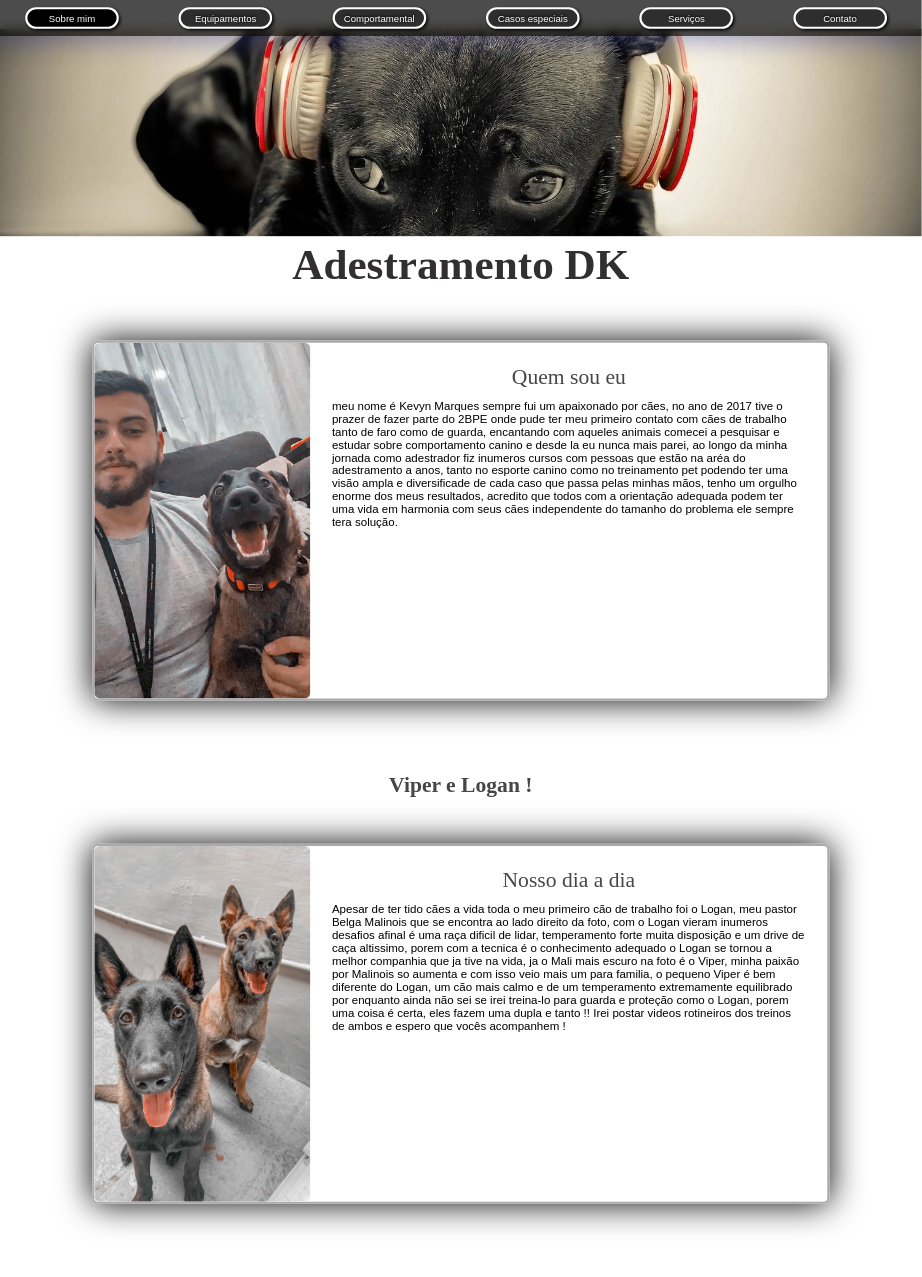
Repository: KevynMarques/Blog-React-StyledComponent
Page: /
An editor plug-in stored every save of this project. The page is shown before and after the next save, followed by the edit.
The browser window is 1280 px wide. The pictures show the whole page, at 72% of full size.
The project was rebuilt for these pictures with package versions that can differ from the ones it lists, and the page was loaded fresh each time. Also part of the build but not shown: src/Components/Equipamentos/index.jsx, src/Components/Comportamental/index.jsx, src/Components/Clientes/index.jsx, src/Components/Serviços/index.jsx, src/Components/Contato/index.jsx.

Above is the page before, as saved 2022-02-21 13:54:46.

### public/index.html
<!DOCTYPE html>
<html lang="pt-BR">
  <head>
    <meta charset="utf-8" />
    <link rel="icon" href="%PUBLIC_URL%/favicon.ico" />
    <meta name="viewport" content="width=device-width, initial-scale=1" />
    <meta name="theme-color" content="#000000" />
    <meta
      name="description"
      content="Web site created using create-react-app"
    />
    <link rel="apple-touch-icon" href="%PUBLIC_URL%/logo192.png" />
    <!--
      manifest.json provides metadata used when your web app is installed on a
      user's mobile device or desktop. See https://developers.google.com/web/fundamentals/web-app-manifest/
    -->
    <!--
      Notice the use of %PUBLIC_URL% in the tags above.
      It will be replaced with the URL of the `public` folder during the build.
      Only files inside the `public` folder can be referenced from the HTML.

      Unlike "/favicon.ico" or "favicon.ico", "%PUBLIC_URL%/favicon.ico" will
      work correctly both with client-side routing and a non-root public URL.
      Learn how to configure a non-root public URL by running `npm run build`.
    -->
    <title>Adestramento DK</title>
  </head>
  <body>
    <noscript>You need to enable JavaScript to run this app.</noscript>
    <div id="root"></div>
    <!--
      This HTML file is a template.
      If you open it directly in the browser, you will see an empty page.

      You can add webfonts, meta tags, or analytics to this file.
      The build step will place the bundled scripts into the <body> tag.

      To begin the development, run `npm start` or `yarn start`.
      To create a production bundle, use `npm run build` or `yarn build`.
    -->
  </body>
</html>

### src/App.jsx
import Home from './Pages/Home';
import Sobre from './Components/Sobre/index';
import { useState, useEffect } from 'react';
import { GlobalStyle } from './GlobalStyle';
import Geral from './Components/Geral/index';


function App() {

  const [geral, setGeral]=useState(<Sobre />);

  return (
    <>
    <Home setGeral={setGeral} geral={geral}  />
    <Geral geral={geral} />
    <GlobalStyle/>
   </>
  );
}

export default App;

### src/Pages/Home/index.jsx
import React, {useState} from "react"
import {  Home, Equip, Comportamental, MeusCaes, Serviços, Contato } from "../../Components/Buttons/Style"
import Equipamentos from "../../Components/Equipamentos/index"
import Sobre from '../../Components/Sobre/index'
import Comport  from '../../Components/Comportamental/index'
import Clientes from '../../Components/Clientes/index'
import Serv from "../../Components/Serviços"
import Cont from '../../Components/Contato/index'
import { ContainerHeader } from "../../Components/Containers/style"




export default (props) => {

  const [ativo, setAtivo] = useState(false)
  const [ativoEquip, setAtivoEquip] = useState(true)
  const [ativoComp, setComp] = useState(true)
  const [Casos, setCasos] = useState(true)
  const [serviços, setServiços] = useState(true)
  const [contato, setContato] = useState(true)


  return (
   <>
    <ContainerHeader>


       <Home
         setAtivo={setAtivo}
         ativo={ativo}
         onClick={()=>(props.setGeral(<Sobre />),
         setAtivo(false),
         setAtivoEquip(true),
         setComp(true),
         setCasos(true),
         setServiços(true)
         )}>
         <p>Sobre mim</p>
      </Home>



       <Equip
        ativoEquip={ativoEquip}
        setAtivoEquip={setAtivoEquip}
        onClick={()=>(props.setGeral(<Equipamentos />),
        setAtivo(true),
        setAtivoEquip(false),
        setComp(true),
        setCasos(true),
        setServiços(true)
        )}>
        <p>Equipamentos</p>
       </Equip>

       <Comportamental
          onClick={() =>(props.setGeral(<Comport />),
          setAtivo(true),
          setAtivoEquip(true),
          setComp(false),
          setCasos(true),
          setServiços(true))}

          setComp={setComp}
          ativoComp={ativoComp}>

         <p>Comportamental</p>
       </Comportamental>

       <MeusCaes
          onClick={() =>(props.setGeral(<Clientes />),
          setAtivo(true),
          setAtivoEquip(true),
          setComp(true),
          setCasos(false),
          setServiços(true))}
          setCasos={setCasos}
          Casos={Casos}>
         <p>Casos especiais</p>
       </MeusCaes>

       <Serviços onClick={() =>(props.setGeral(<Serv />),
        setAtivo(true),
        setAtivoEquip(true),
        setComp(true),
        setCasos(true),
        setServiços(false))}
        setServiços={setServiços}
        serviços={serviços}>
         <p>Serviços</p>
       </Serviços>

       <Contato onClick={() =>(props.setGeral(<Cont />),
        setAtivo(true),
        setAtivoEquip(true),
        setComp(true),
        setCasos(true),
        setServiços(true),
        setContato(false)
       )}
          setContato={setContato}
          contato={contato}>
         <p>Contato</p>
      </Contato>

    </ContainerHeader>
    </>
  );
}

### src/Components/Sobre/index.jsx
import Foto from '../Image/foto.png'
import LV from '../Image/LV.jpg';
import Dog from '../Image/Dog.png'
import { Tittle } from "../Textos&Titles/style";
import { ContainerBaner, ContainerBox, ContainerIMG } from "../Containers/style";
import { Info } from "../Textos&Titles/style";
import { SubTitle } from '../Textos&Titles/style';
import { TitleInfo } from '../Textos&Titles/style';


export default () => {
  return (
<>
     <ContainerBaner>
      <img src={Dog} />
     </ContainerBaner>

   <Tittle>
          Adestramento DK
  </Tittle>


  <ContainerBox>
       <ContainerIMG>
        <img src={Foto} />
       </ContainerIMG>
       <Info>
       <TitleInfo>Quem sou eu</TitleInfo>
       meu nome é Kevyn Marques sempre fui um apaixonado por cães, no ano de 2017 tive o prazer
       de fazer parte do 2BPE  onde pude ter  meu primeiro contato com cães de trabalho tanto de faro como de guarda, encantando com aqueles animais comecei a pesquisar e estudar sobre comportamento canino  e desde la eu nunca mais parei, ao longo da minha jornada como adestrador fiz inumeros cursos com pessoas que estão na aréa do adestramento a anos, tanto no esporte canino como no treinamento pet podendo ter uma visão ampla e diversificade de cada caso que passa pelas minhas mãos, tenho um orgulho enorme dos meus resultados, acredito que todos com a orientação adequada podem ter uma vida em harmonia com seus cães independente do tamanho do problema ele sempre tera solução.
       </Info>
       </ContainerBox>

  <SubTitle>  Viper e Logan !
  </SubTitle>


    <ContainerBox>
       <ContainerIMG>
        <img src={LV} />
       </ContainerIMG>
       <Info>
       <TitleInfo>Nosso dia a dia</TitleInfo>
       Apesar de ter tido cães a vida toda o meu primeiro cão de trabalho foi o Logan, meu pastor Belga Malinois que se encontra ao lado direito da foto, com o Logan vieram inumeros desafios afinal é uma raça dificil de lidar, temperamento forte muita disposição e um drive de caça altissimo, porem com a tecnica é o conhecimento adequado o Logan se tornou a melhor companhia que ja tive na vida, ja o Mali mais escuro na foto é o Viper, minha paixão por Malinois so aumenta e com isso veio mais um para familia, o pequeno Viper é bem diferente do Logan, um cão mais calmo e de um temperamento extremamente equilibrado por enquanto ainda não sei se irei treina-lo para guarda e proteção como o Logan, porem uma coisa é certa, eles fazem uma dupla e tanto !! Irei postar videos rotineiros dos treinos de ambos e espero que vocês acompanhem !
       </Info>
   </ContainerBox>
</>

  );
}

### src/GlobalStyle.jsx
import { createGlobalStyle } from 'styled-components';

 export const GlobalStyle = createGlobalStyle`
  * {
    margin: 0;
    padding: 0;
    box-sizing: border-box;

  }
`;

### src/Components/Geral/index.jsx
import React from "react"

export default (props) => {

  return (

    <>
    {props.geral}
    </>

  );

}

### src/Components/Buttons/Style.jsx
import styled from "styled-components";


export const Home = styled.button `
background:${props => props.ativo ? '#2e2e2e' : '#000000'};
font-family: Arial, Helvetica, sans-serif;
font-style:normal;
color:#ffffff;
border:3px solid #ffffff;
text-shadow:0px -1px 3px #000000;
box-shadow:2px 2px 5px #000000;
box-shadow:2px 2px 5px #000000;
box-shadow:2px 2px 5px #000000;
border-radius:25px 25px 25px 25px;
border-radius:25px 25px 25px 25px;
border-radius:25px 25px 25px 25px;
width:130px;
height: 30px;

&:hover {
  background-color: black;
}

cursor:pointer;
margin:0 auto;
margin-left: 35px;

&:active {
  transform: scale(0.9);
}

`;


export const Equip = styled(Home) `

background:${props => props.ativoEquip ? '#2e2e2e' : '#000000'};

`;

export const Comportamental = styled(Home) `

background:${props => props.ativoComp ? '#2e2e2e' : '#000000'};

`;


export const MeusCaes = styled(Home) `

background:${props => props.Casos? '#2e2e2e' : '#000000'};

`;


export const Serviços = styled(Home) `

background:${props => props.serviços? '#2e2e2e' : '#000000'};

`;

export const Contato = styled(Home) `

background:#2e2e2e;

`;

### src/Components/Containers/style.jsx
import  styled  from "styled-components";



export const  ContainerHeader  = styled.div `
     width: 100vw;
     height: 50px;
     margin: 0;
     position: fixed;
     z-index: 99999;
     background: rgba( 0, 0, 0, 0.7 );
     box-shadow: 0 8px 32px 0 rgba( 31, 38, 135, 0.37 );
     backdrop-filter: blur( 7.5px );
     -webkit-backdrop-filter: blur( 7.5px );
     color:white;
     display: flex;
     align-items: center;
     justify-content: center;
`;



export const ContainerBaner= styled.div `
  width: 100%;
  height: 40vh;


    img {
    width: 100%;
    height: 100%;
    object-fit: cover;
    margin-top: 40px;

    }
`;


export const  ContainerBox = styled.section `
  height: 500px;
  border: solid 3px #aaaaaa;
  width: 80vw;
  margin: 100px  10%;
  border-radius: 8px;
  box-shadow: 0 0 3em Black;
  display: flex;
  `;


export const ContainerIMG = styled.div `

    min-width:300px;
    height:494px;

  img {
    object-fit: cover;
    width: 100%;
    height: 100%;
    border-radius: 8px;
  }

`;

### src/Components/Textos&Titles/style.jsx
import styled from 'styled-components'



export const Tittle = styled.h1`
@import url('https://fonts.googleapis.com/css2?family=Bangers&display=swap');
color: #312f2f;
font-size: 60px;
font-family: 'Bangers', cursive;
text-align: center;
height: 40px;
margin-top: 45px;
`;


export const Info = styled.p`
 margin: 30px;
 font-family: Arial, Helvetica, sans-serif;
`;


export const SubTitle = styled.h2 `
 text-align: center;
 font-size: 30px;
 margin-top: 60px;
 font-family: Arial, Helvetica, sans-serif;
 color: #464646;
 margin-bottom: -35px;
 font-family: 'Bangers', cursive;
`;


export const TitleInfo = styled.div `
 text-align: center;
 font-size: 30px;
 font-family: Arial, Helvetica, sans-serif;
 color: #464646;
 font-family: 'Bangers', cursive;
 margin-bottom: 15px;
`;

Loaded but not shown: src/index.js (common file)

After the next save:
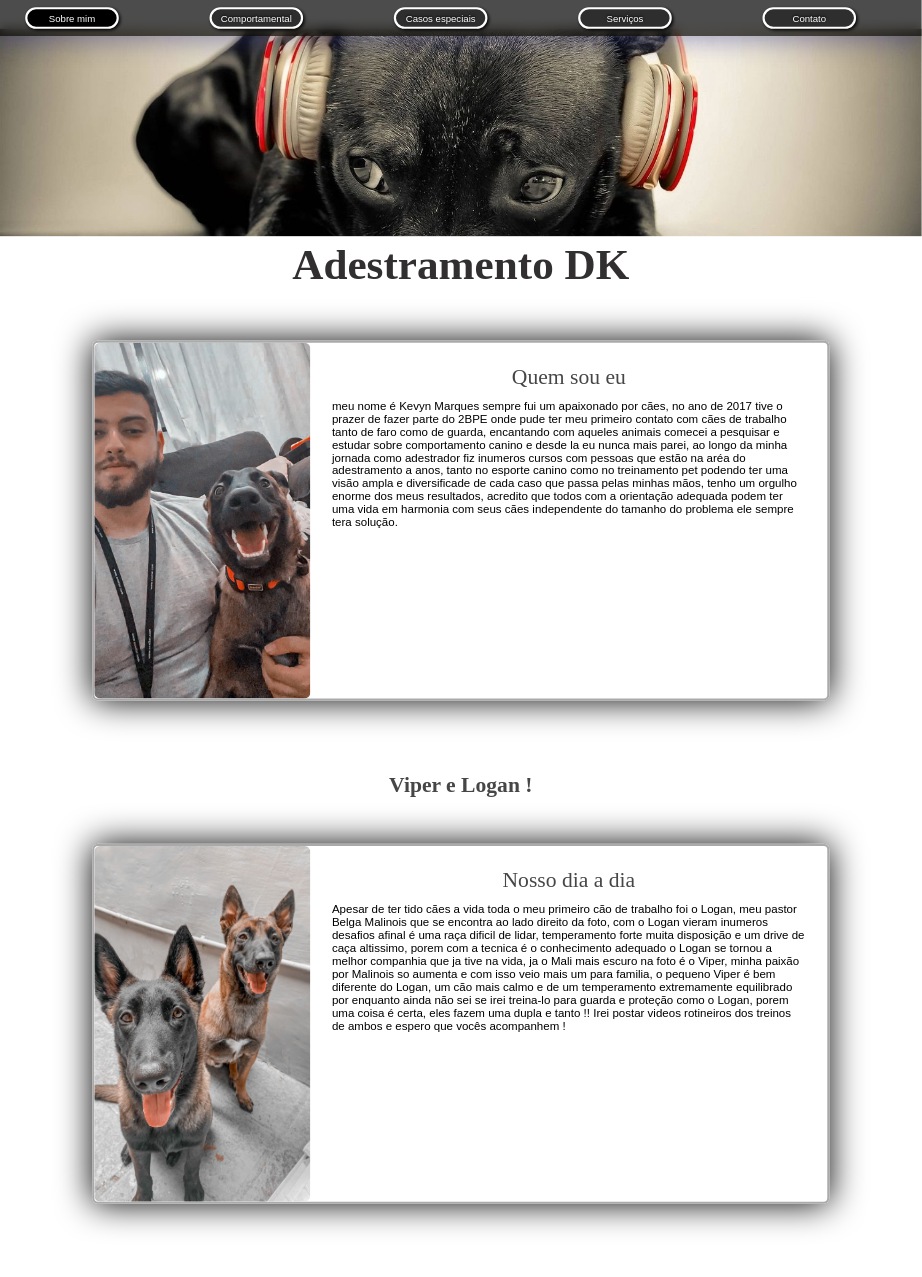
Saved 2 min 7 s later.
--- a/src/Pages/Home/index.jsx
+++ b/src/Pages/Home/index.jsx
@@ -39,20 +39,6 @@ export default (props) => {
          <p>Sobre mim</p>
       </Home>
 
-
-
-       <Equip
-        ativoEquip={ativoEquip}
-        setAtivoEquip={setAtivoEquip}
-        onClick={()=>(props.setGeral(<Equipamentos />),
-        setAtivo(true),
-        setAtivoEquip(false),
-        setComp(true),
-        setCasos(true),
-        setServiços(true)
-        )}>
-        <p>Equipamentos</p>
-       </Equip>
 
        <Comportamental
           onClick={() =>(props.setGeral(<Comport />),
